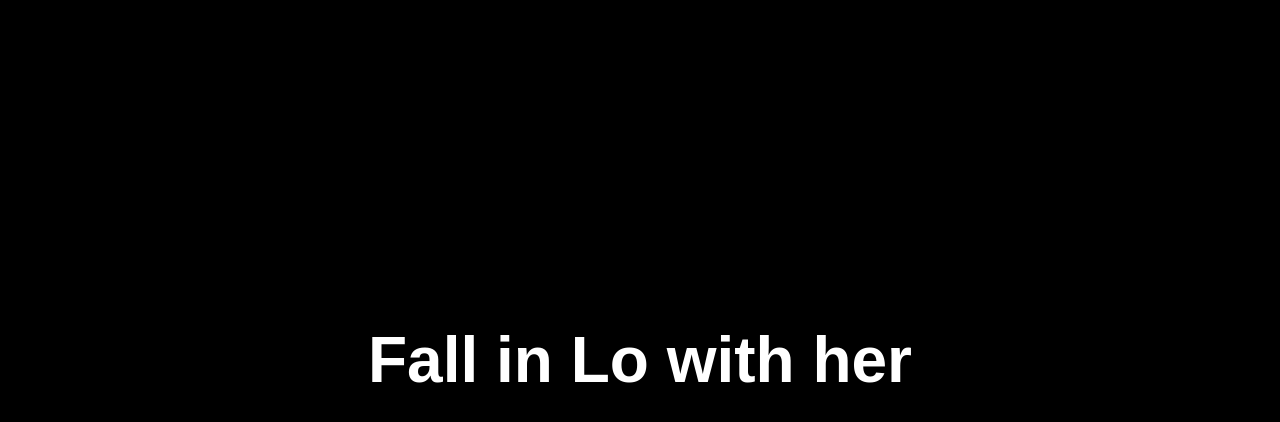
Repository: triumph-star/CSS-practice
Page: One CSS per day/broken/index.html
The author's editor kept a copy of each file at every save. The page is drawn from the files as they stood at one save, then again after the next save.
The browser window is 1280 px wide. The pictures show the whole page.
Some web fonts or font styles are not loaded; a fallback is used.

Above is the page before, as saved 2020-11-13 16:01:53.

### One CSS per day/broken/index.html
<!DOCTYPE html>
<html lang="zh-cn">
<head>
  <meta charset="UTF-8">
  <meta name="viewport" content="width=device-width, initial-scale=1.0">
  <title>broken-text</title>
  <link rel="stylesheet" href="./css.css"></link>
</head>
<body>
  <h2><span>F</span>all in <span>Lo</span> with her</h2>
</body>
</html>

### One CSS per day/broken/css.css
@import url(./font.css);

*{
  margin: 0;
  padding: 0;
  font-family: 'Poppins', sans-serif;
}

body{

  display: flex;
  justify-content: center;
  align-items: center;
  min-height: 100vh;
  background: #000000;
}

h2{
  position: relative;
  margin: 0;
  font-size: 4em;
  font-weight: 900;
  color: #ffffff;
  z-index: 1;
  overflow: hidden;
}

### One CSS per day/broken/font.css
/* devanagari */
@font-face {
  font-family: 'Poppins';
  font-style: normal;
  font-weight: 400;
  font-display: swap;
  src: local('Poppins Regular'), local('Poppins-Regular'), url(https://fonts.gstatic.com/s/poppins/v15/pxiEyp8kv8JHgFVrJJbecmNE.woff2) format('woff2');
  unicode-range: U+0900-097F, U+1CD0-1CF6, U+1CF8-1CF9, U+200C-200D, U+20A8, U+20B9, U+25CC, U+A830-A839, U+A8E0-A8FB;
}

/* latin-ext */
@font-face {
  font-family: 'Poppins';
  font-style: normal;
  font-weight: 400;
  font-display: swap;
  src: local('Poppins Regular'), local('Poppins-Regular'), url(https://fonts.gstatic.com/s/poppins/v15/pxiEyp8kv8JHgFVrJJnecmNE.woff2) format('woff2');
  unicode-range: U+0100-024F, U+0259, U+1E00-1EFF, U+2020, U+20A0-20AB, U+20AD-20CF, U+2113, U+2C60-2C7F, U+A720-A7FF;
}

/* latin */
@font-face {
  font-family: 'Poppins';
  font-style: normal;
  font-weight: 400;
  font-display: swap;
  src: local('Poppins Regular'), local('Poppins-Regular'), url(https://fonts.gstatic.com/s/poppins/v15/pxiEyp8kv8JHgFVrJJfecg.woff2) format('woff2');
  unicode-range: U+0000-00FF, U+0131, U+0152-0153, U+02BB-02BC, U+02C6, U+02DA, U+02DC, U+2000-206F, U+2074, U+20AC, U+2122, U+2191, U+2193, U+2212, U+2215, U+FEFF, U+FFFD;
}

/* devanagari */
@font-face {
  font-family: 'Poppins';
  font-style: normal;
  font-weight: 500;
  font-display: swap;
  src: local('Poppins Medium'), local('Poppins-Medium'), url(https://fonts.gstatic.com/s/poppins/v15/pxiByp8kv8JHgFVrLGT9Z11lFc-K.woff2) format('woff2');
  unicode-range: U+0900-097F, U+1CD0-1CF6, U+1CF8-1CF9, U+200C-200D, U+20A8, U+20B9, U+25CC, U+A830-A839, U+A8E0-A8FB;
}

/* latin-ext */
@font-face {
  font-family: 'Poppins';
  font-style: normal;
  font-weight: 500;
  font-display: swap;
  src: local('Poppins Medium'), local('Poppins-Medium'), url(https://fonts.gstatic.com/s/poppins/v15/pxiByp8kv8JHgFVrLGT9Z1JlFc-K.woff2) format('woff2');
  unicode-range: U+0100-024F, U+0259, U+1E00-1EFF, U+2020, U+20A0-20AB, U+20AD-20CF, U+2113, U+2C60-2C7F, U+A720-A7FF;
}

/* latin */
@font-face {
  font-family: 'Poppins';
  font-style: normal;
  font-weight: 500;
  font-display: swap;
  src: local('Poppins Medium'), local('Poppins-Medium'), url(https://fonts.gstatic.com/s/poppins/v15/pxiByp8kv8JHgFVrLGT9Z1xlFQ.woff2) format('woff2');
  unicode-range: U+0000-00FF, U+0131, U+0152-0153, U+02BB-02BC, U+02C6, U+02DA, U+02DC, U+2000-206F, U+2074, U+20AC, U+2122, U+2191, U+2193, U+2212, U+2215, U+FEFF, U+FFFD;
}

/* devanagari */
@font-face {
  font-family: 'Poppins';
  font-style: normal;
  font-weight: 600;
  font-display: swap;
  src: local('Poppins SemiBold'), local('Poppins-SemiBold'), url(https://fonts.gstatic.com/s/poppins/v15/pxiByp8kv8JHgFVrLEj6Z11lFc-K.woff2) format('woff2');
  unicode-range: U+0900-097F, U+1CD0-1CF6, U+1CF8-1CF9, U+200C-200D, U+20A8, U+20B9, U+25CC, U+A830-A839, U+A8E0-A8FB;
}

/* latin-ext */
@font-face {
  font-family: 'Poppins';
  font-style: normal;
  font-weight: 600;
  font-display: swap;
  src: local('Poppins SemiBold'), local('Poppins-SemiBold'), url(https://fonts.gstatic.com/s/poppins/v15/pxiByp8kv8JHgFVrLEj6Z1JlFc-K.woff2) format('woff2');
  unicode-range: U+0100-024F, U+0259, U+1E00-1EFF, U+2020, U+20A0-20AB, U+20AD-20CF, U+2113, U+2C60-2C7F, U+A720-A7FF;
}

/* latin */
@font-face {
  font-family: 'Poppins';
  font-style: normal;
  font-weight: 600;
  font-display: swap;
  src: local('Poppins SemiBold'), local('Poppins-SemiBold'), url(https://fonts.gstatic.com/s/poppins/v15/pxiByp8kv8JHgFVrLEj6Z1xlFQ.woff2) format('woff2');
  unicode-range: U+0000-00FF, U+0131, U+0152-0153, U+02BB-02BC, U+02C6, U+02DA, U+02DC, U+2000-206F, U+2074, U+20AC, U+2122, U+2191, U+2193, U+2212, U+2215, U+FEFF, U+FFFD;
}

/* devanagari */
@font-face {
  font-family: 'Poppins';
  font-style: normal;
  font-weight: 700;
  font-display: swap;
  src: local('Poppins Bold'), local('Poppins-Bold'), url(https://fonts.gstatic.com/s/poppins/v15/pxiByp8kv8JHgFVrLCz7Z11lFc-K.woff2) format('woff2');
  unicode-range: U+0900-097F, U+1CD0-1CF6, U+1CF8-1CF9, U+200C-200D, U+20A8, U+20B9, U+25CC, U+A830-A839, U+A8E0-A8FB;
}

/* latin-ext */
@font-face {
  font-family: 'Poppins';
  font-style: normal;
  font-weight: 700;
  font-display: swap;
  src: local('Poppins Bold'), local('Poppins-Bold'), url(https://fonts.gstatic.com/s/poppins/v15/pxiByp8kv8JHgFVrLCz7Z1JlFc-K.woff2) format('woff2');
  unicode-range: U+0100-024F, U+0259, U+1E00-1EFF, U+2020, U+20A0-20AB, U+20AD-20CF, U+2113, U+2C60-2C7F, U+A720-A7FF;
}

/* latin */
@font-face {
  font-family: 'Poppins';
  font-style: normal;
  font-weight: 700;
  font-display: swap;
  src: local('Poppins Bold'), local('Poppins-Bold'), url(https://fonts.gstatic.com/s/poppins/v15/pxiByp8kv8JHgFVrLCz7Z1xlFQ.woff2) format('woff2');
  unicode-range: U+0000-00FF, U+0131, U+0152-0153, U+02BB-02BC, U+02C6, U+02DA, U+02DC, U+2000-206F, U+2074, U+20AC, U+2122, U+2191, U+2193, U+2212, U+2215, U+FEFF, U+FFFD;
}

/* devanagari */
@font-face {
  font-family: 'Poppins';
  font-style: normal;
  font-weight: 800;
  font-display: swap;
  src: local('Poppins ExtraBold'), local('Poppins-ExtraBold'), url(https://fonts.gstatic.com/s/poppins/v15/pxiByp8kv8JHgFVrLDD4Z11lFc-K.woff2) format('woff2');
  unicode-range: U+0900-097F, U+1CD0-1CF6, U+1CF8-1CF9, U+200C-200D, U+20A8, U+20B9, U+25CC, U+A830-A839, U+A8E0-A8FB;
}

/* latin-ext */
@font-face {
  font-family: 'Poppins';
  font-style: normal;
  font-weight: 800;
  font-display: swap;
  src: local('Poppins ExtraBold'), local('Poppins-ExtraBold'), url(https://fonts.gstatic.com/s/poppins/v15/pxiByp8kv8JHgFVrLDD4Z1JlFc-K.woff2) format('woff2');
  unicode-range: U+0100-024F, U+0259, U+1E00-1EFF, U+2020, U+20A0-20AB, U+20AD-20CF, U+2113, U+2C60-2C7F, U+A720-A7FF;
}

/* latin */
@font-face {
  font-family: 'Poppins';
  font-style: normal;
  font-weight: 800;
  font-display: swap;
  src: local('Poppins ExtraBold'), local('Poppins-ExtraBold'), url(https://fonts.gstatic.com/s/poppins/v15/pxiByp8kv8JHgFVrLDD4Z1xlFQ.woff2) format('woff2');
  unicode-range: U+0000-00FF, U+0131, U+0152-0153, U+02BB-02BC, U+02C6, U+02DA, U+02DC, U+2000-206F, U+2074, U+20AC, U+2122, U+2191, U+2193, U+2212, U+2215, U+FEFF, U+FFFD;
}

/* devanagari */
@font-face {
  font-family: 'Poppins';
  font-style: normal;
  font-weight: 900;
  font-display: swap;
  src: local('Poppins Black'), local('Poppins-Black'), url(https://fonts.gstatic.com/s/poppins/v15/pxiByp8kv8JHgFVrLBT5Z11lFc-K.woff2) format('woff2');
  unicode-range: U+0900-097F, U+1CD0-1CF6, U+1CF8-1CF9, U+200C-200D, U+20A8, U+20B9, U+25CC, U+A830-A839, U+A8E0-A8FB;
}

/* latin-ext */
@font-face {
  font-family: 'Poppins';
  font-style: normal;
  font-weight: 900;
  font-display: swap;
  src: local('Poppins Black'), local('Poppins-Black'), url(https://fonts.gstatic.com/s/poppins/v15/pxiByp8kv8JHgFVrLBT5Z1JlFc-K.woff2) format('woff2');
  unicode-range: U+0100-024F, U+0259, U+1E00-1EFF, U+2020, U+20A0-20AB, U+20AD-20CF, U+2113, U+2C60-2C7F, U+A720-A7FF;
}

/* latin */
@font-face {
  font-family: 'Poppins';
  font-style: normal;
  font-weight: 900;
  font-display: swap;
  src: local('Poppins Black'), local('Poppins-Black'), url(https://fonts.gstatic.com/s/poppins/v15/pxiByp8kv8JHgFVrLBT5Z1xlFQ.woff2) format('woff2');
  unicode-range: U+0000-00FF, U+0131, U+0152-0153, U+02BB-02BC, U+02C6, U+02DA, U+02DC, U+2000-206F, U+2074, U+20AC, U+2122, U+2191, U+2193, U+2212, U+2215, U+FEFF, U+FFFD;
}

After the next save:
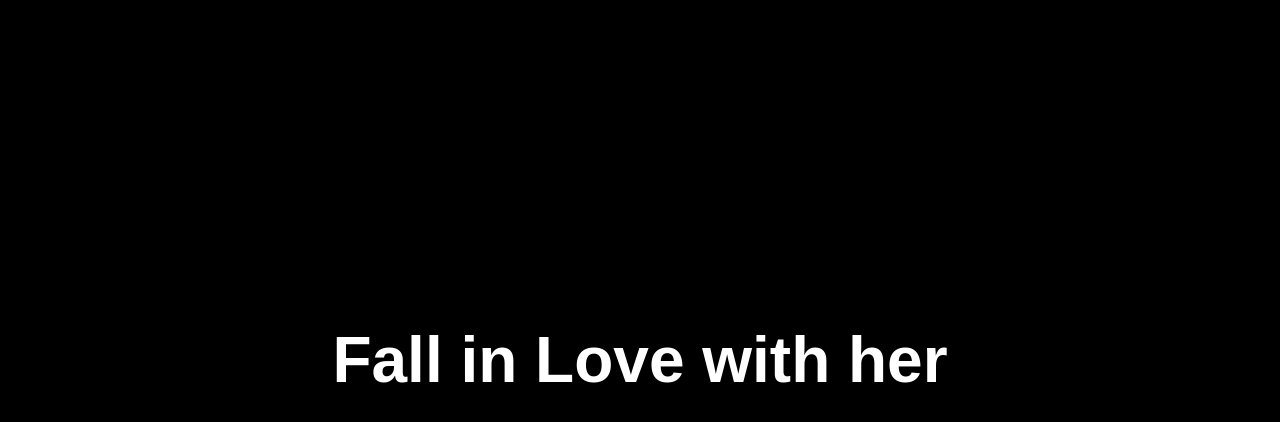
Saved 4 s later.
--- a/One CSS per day/broken/index.html
+++ b/One CSS per day/broken/index.html
@@ -7,6 +7,6 @@
   <link rel="stylesheet" href="./css.css"></link>
 </head>
 <body>
-  <h2><span>F</span>all in <span>Lo</span> with her</h2>
+  <h2><span>F</span>all in <span>Lo</span>ve with her</h2>
 </body>
 </html>
